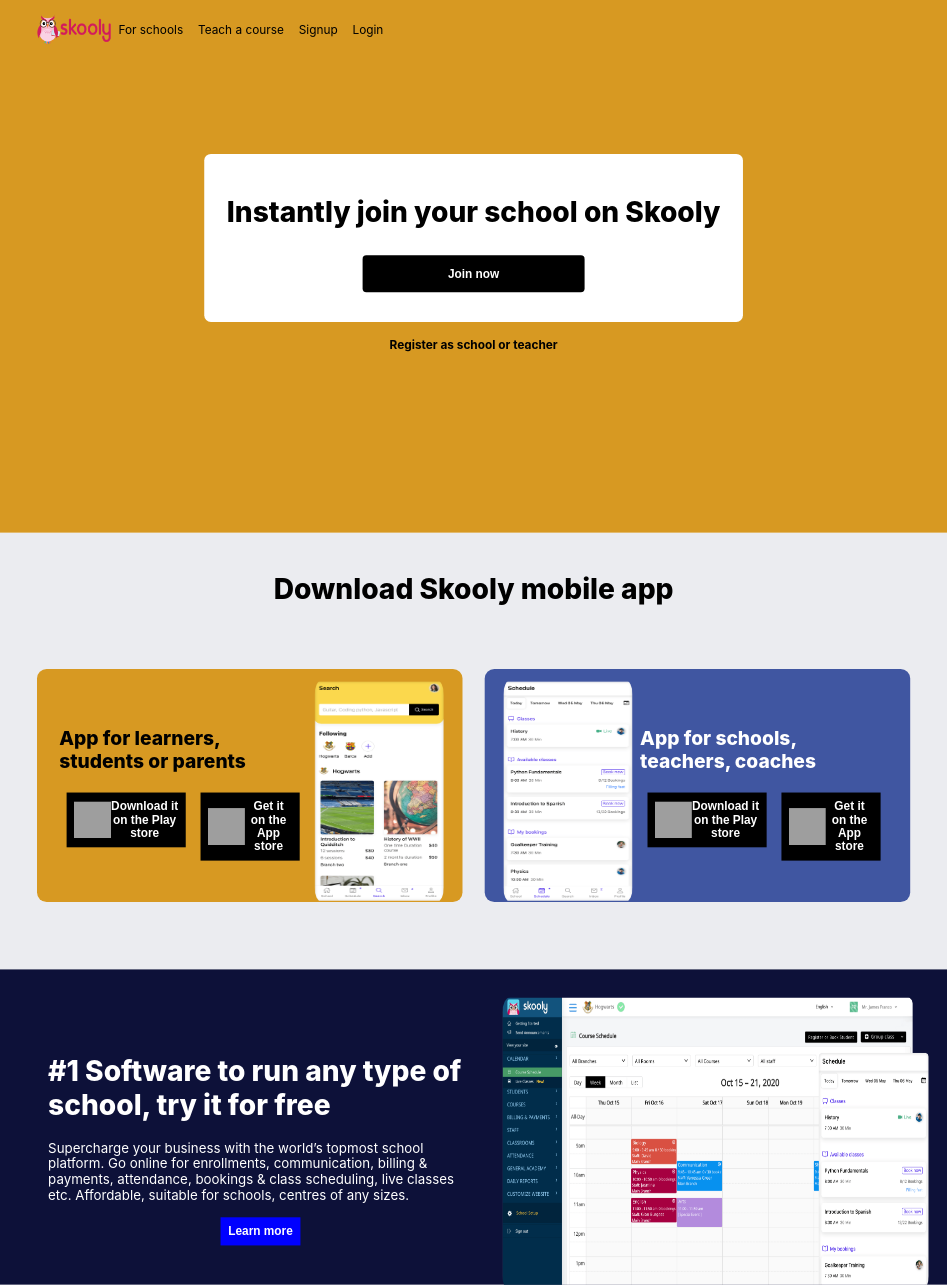
Repository: akankshaajoshi/Skooly-Clone
Page: /
These files come from the project's save history. The page is drawn as it stood at one moment and after the next save; the edit follows.
The browser window is 1280 px wide. The pictures show the whole page, at 74% of full size.
Pictures or frames that could not be fetched are drawn as grey boxes. The project was rebuilt for these pictures with package versions that can differ from the ones it lists, and the page was loaded fresh each time. Also part of the build but not shown: craco.config.js.

Above is the page before, as saved 2023-09-14 20:43:53.

After the next save:
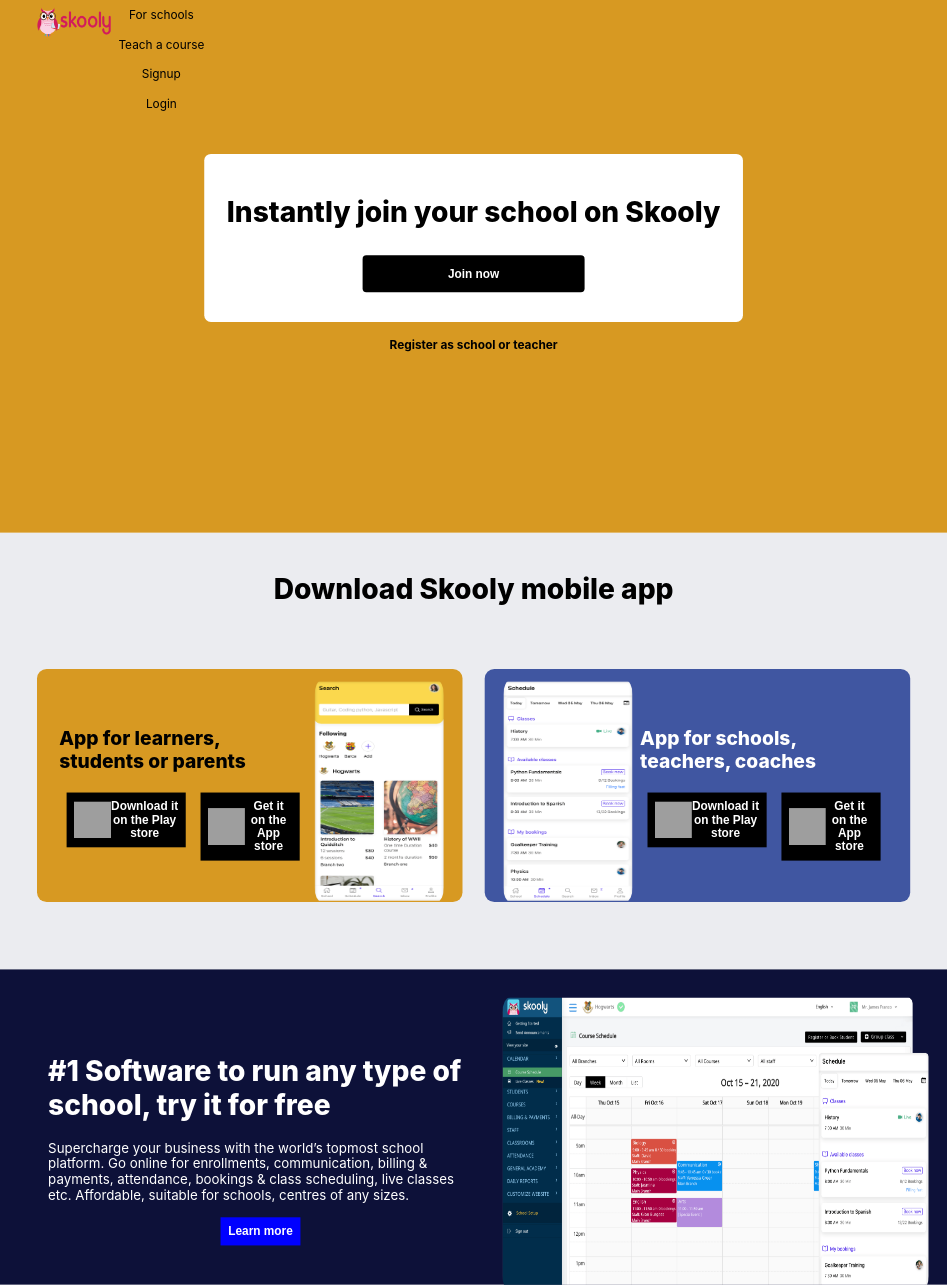
Saved 20 s later.
--- a/src/components/shared/Navbar/index.js
+++ b/src/components/shared/Navbar/index.js
@@ -13,18 +13,12 @@
 `;
 
 const NavLeft = styled.div`
-  display: flex;
-  align-items: center;
-  flex-direction: row;
   left: 0;
   padding: 10px 0px 10px 50px;
 `;
 
 const NavRight = styled.div`
-  display: flex;
   right: 0;
-  flex-direction: row;
-  align-items: center;
 `;
 
 const NavComponent = styled.div`

After the save that followed:
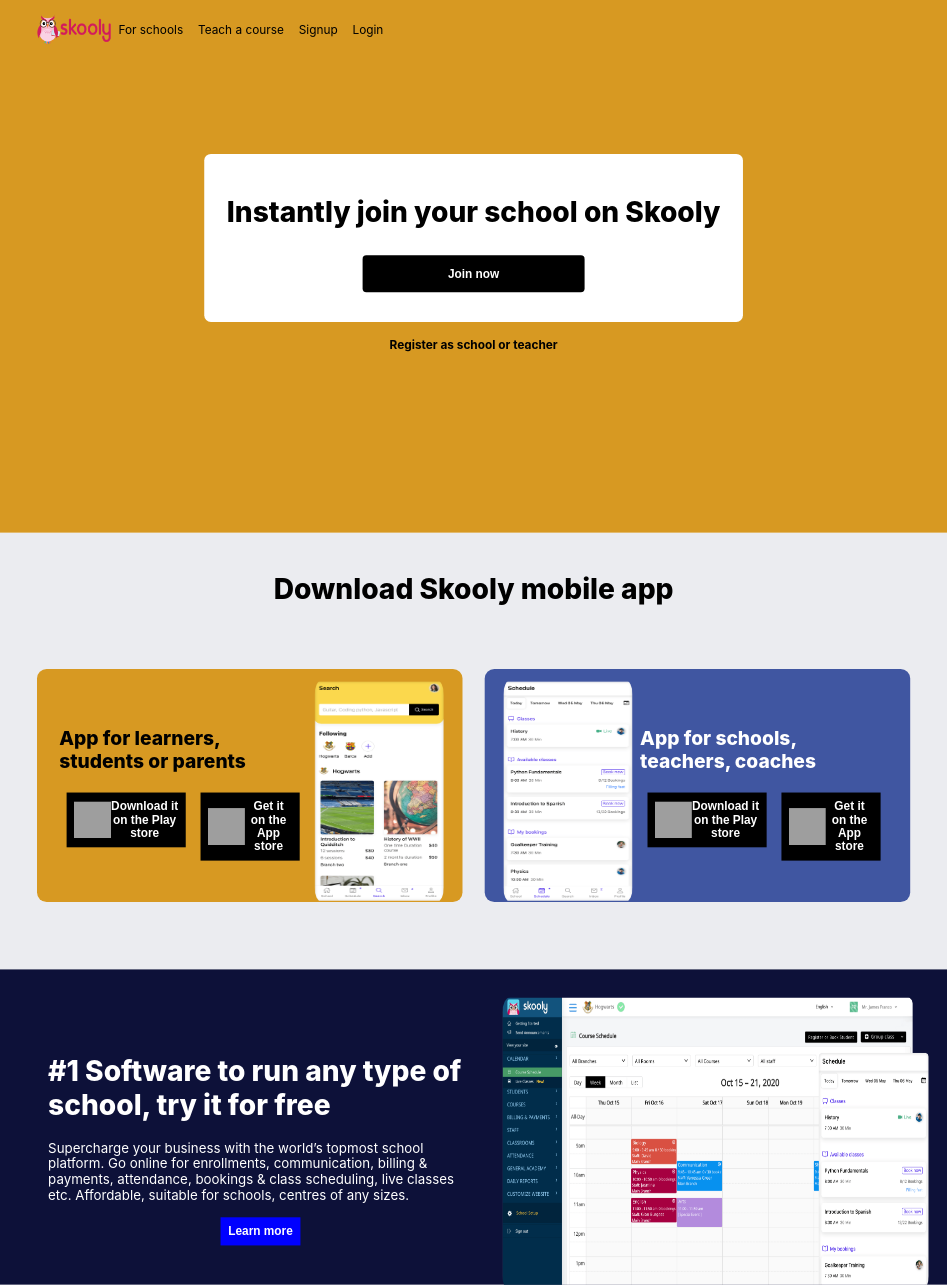
Saved 11 s later.
--- a/src/components/shared/Navbar/index.js
+++ b/src/components/shared/Navbar/index.js
@@ -13,12 +13,16 @@
 `;
 
 const NavLeft = styled.div`
-  left: 0;
+  display: flex;
+  align-items: center;
+  flex-direction: row;
   padding: 10px 0px 10px 50px;
 `;
 
 const NavRight = styled.div`
-  right: 0;
+  display: flex;
+  flex-direction: row;
+  align-items: center;
 `;
 
 const NavComponent = styled.div`
